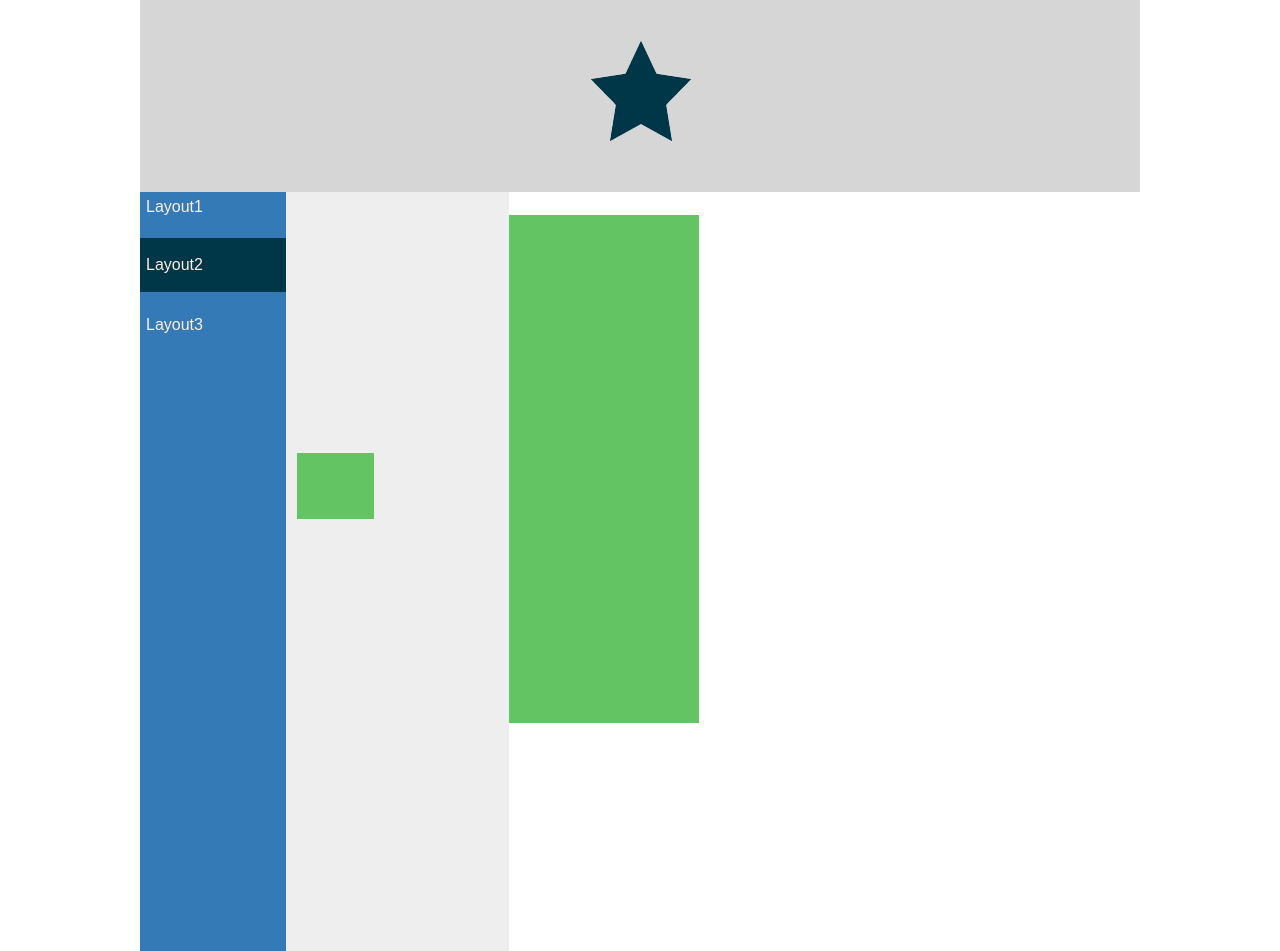
Repository: baliayassin/MyGame
Page: Documents/Aptana Studio 3 Workspace/homeWork2/layOut2.html
An editor plug-in stored every save of this project. The page is shown before and after the next save, followed by the edit.
The browser window is 1280 px wide. The pictures show the whole page.

Above is the page before, as saved 2017-11-29 12:53:23.

After the next save:
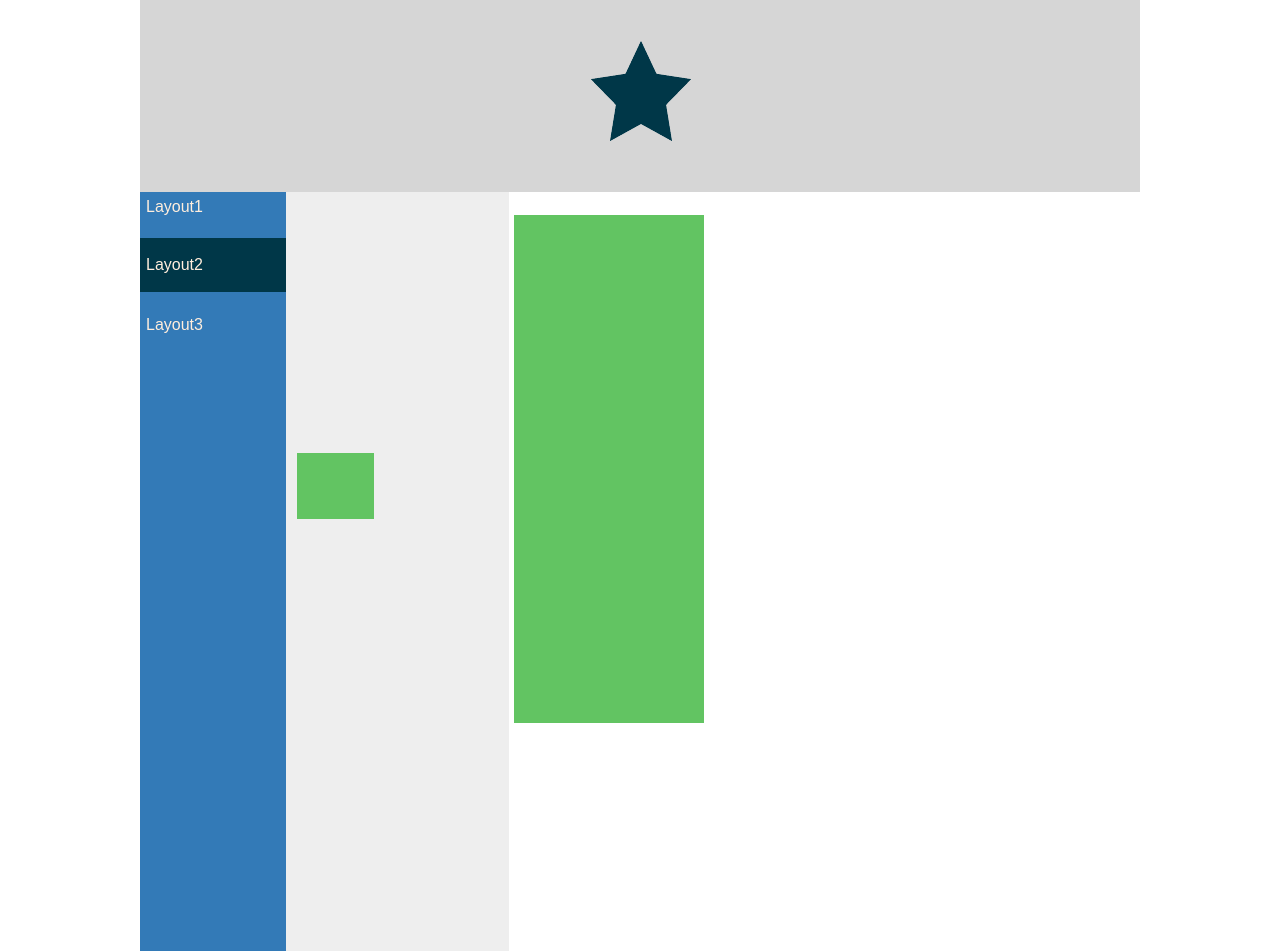
Saved 33 s later.
--- a/Documents/Aptana Studio 3 Workspace/homeWork2/includes/style.css
+++ b/Documents/Aptana Studio 3 Workspace/homeWork2/includes/style.css
@@ -255,6 +255,7 @@ main, nav, aside, footer, section, article, header {
 #wrapper2 section article:first-child{
 
 	background:#62C462;
+	margin-left:5px;
 	height:508px;
 	width:190px;
 
